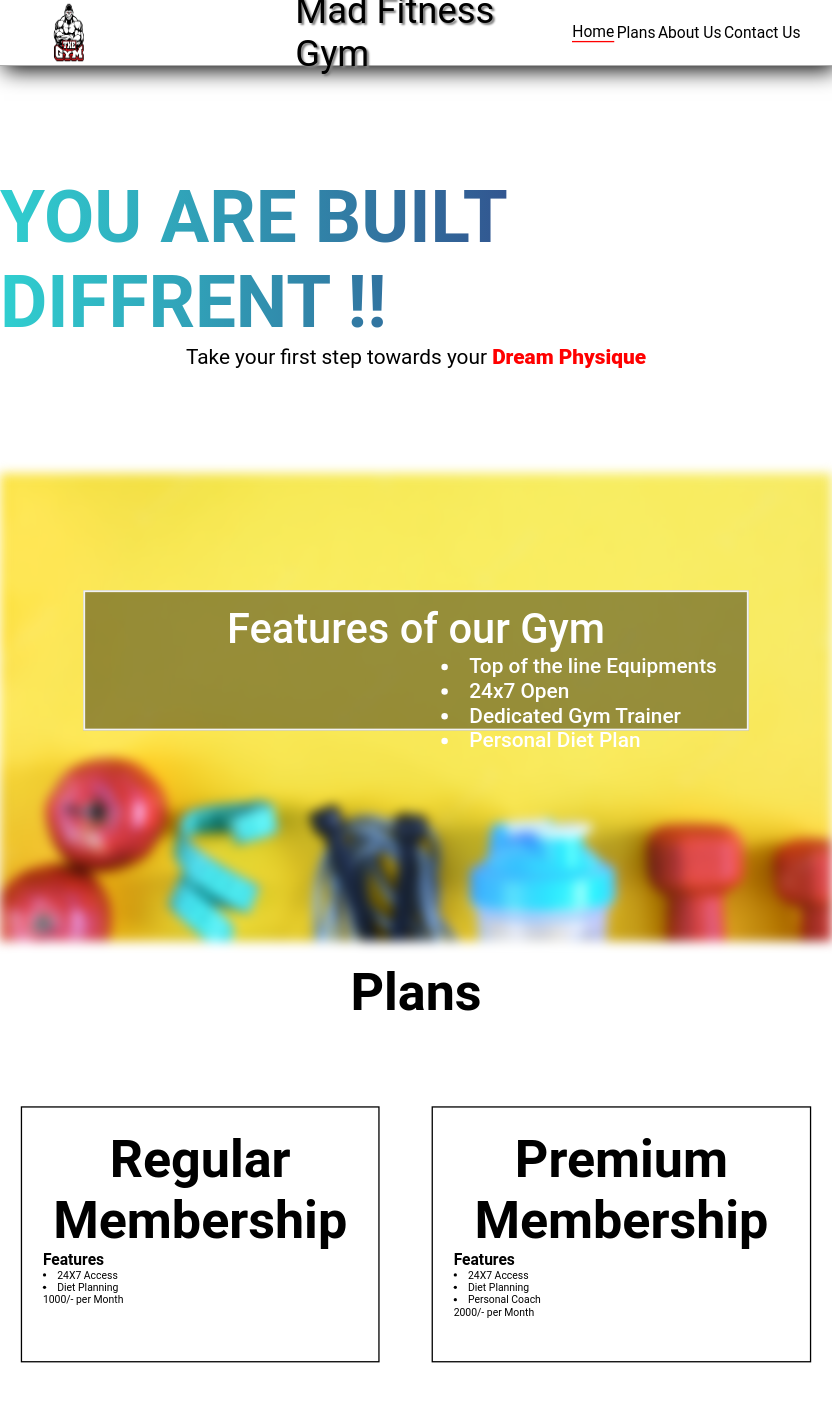
Repository: kapil4457/Doker-Web-Project-1
Page: / (app in frontend/)
An editor plug-in stored every save of this project. The page is shown before and after the next save, followed by the edit.
The browser window is 1280 px wide. The pictures show the whole page, at 65% of full size.
The project was rebuilt for these pictures with package versions that can differ from the ones it lists, and the page was loaded fresh each time.

Above is the page before, as saved 2022-06-15 10:44:03.

After the next save:
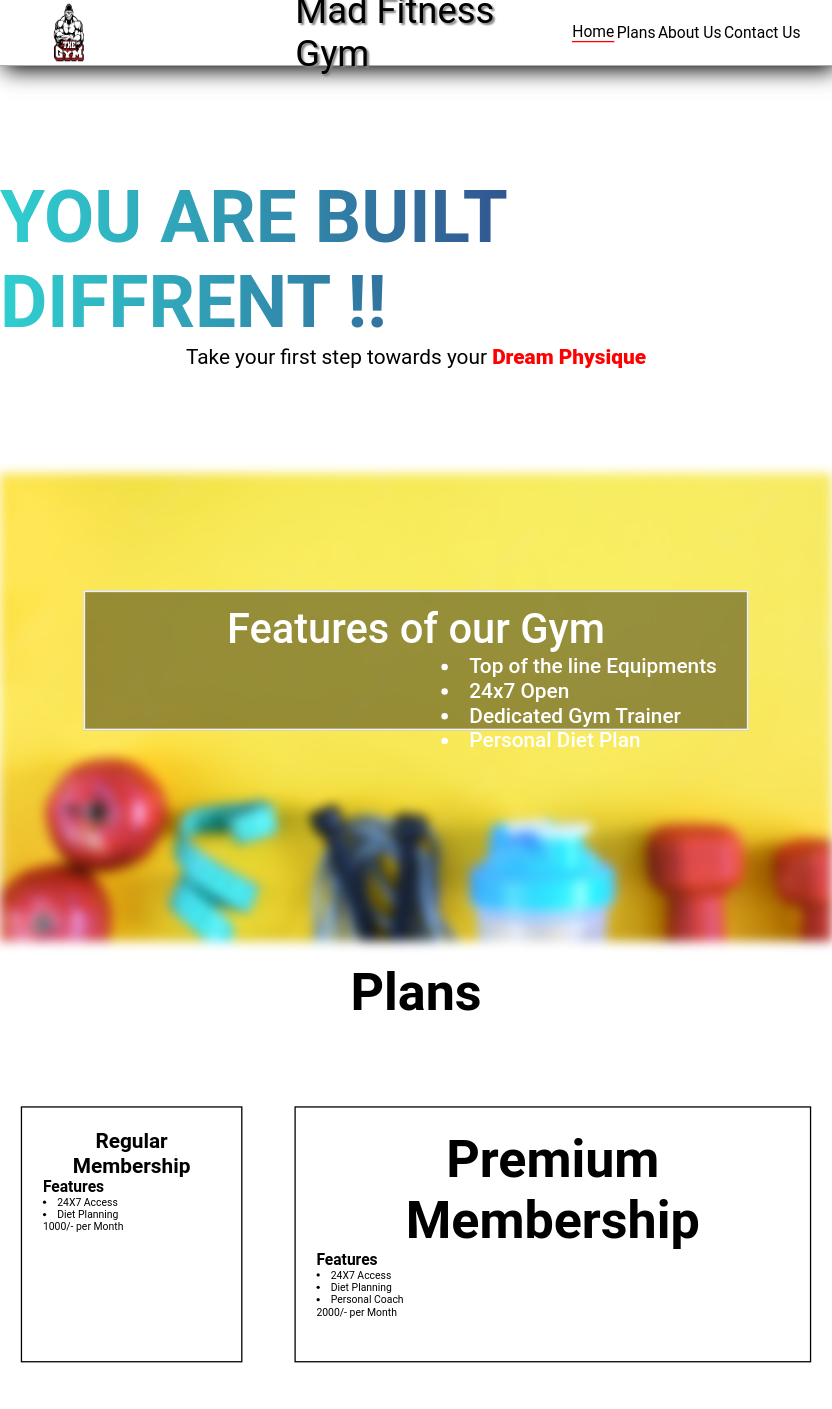
Saved 77 s later.
--- a/frontend/src/components/pricing.jsx
+++ b/frontend/src/components/pricing.jsx
@@ -6,7 +6,7 @@
     <>
       <Container>
         <Regular>
-          <h1>Regular Membership</h1>
+          <h1 className="head">Regular Membership</h1>
           <div classname="feature1">
             <h2>Features</h2>
             <li>24X7 Access</li>
@@ -42,7 +42,7 @@
   border: 2px solid black;
   padding: 2rem;
   height: 100%;
-  h1 {
+  .head {
     font-size: 2rem;
   }
   .feature1 {
